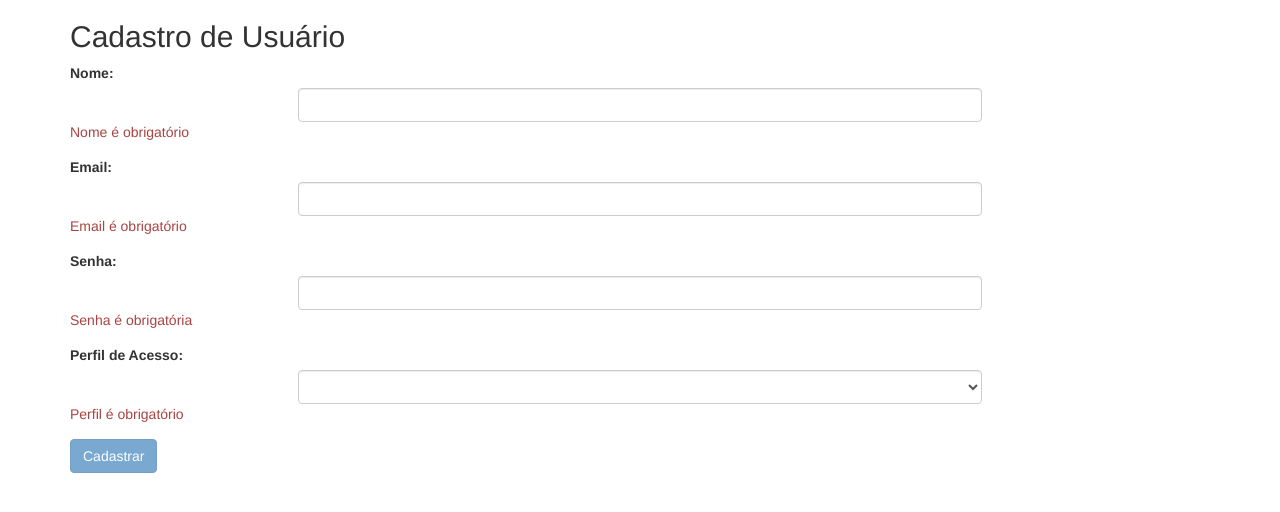
Repository: AndersonSchinemann/ProjetoSaas
Page: TopData/src/main/resources/static/views/cadastro.html
The author's editor kept a copy of each file at every save. The page is drawn from the files as they stood at one save, then again after the next save.
The browser window is 1280 px wide. The pictures show the whole page.

Above is the page before, as saved 2023-11-13 16:32:53.

### TopData/src/main/resources/static/views/cadastro.html
<!-- Adicione Bootstrap CSS e AngularJS -->
<link rel="stylesheet" href="https://maxcdn.bootstrapcdn.com/bootstrap/3.3.7/css/bootstrap.min.css">

<!-- Adicione ng-bootstrap CSS e JavaScript -->
<!--<link rel="stylesheet" href="https://maxcdn.bootstrapcdn.com/bootstrap/4.5.2/css/bootstrap.min.css">-->
<script src="https://ajax.googleapis.com/ajax/libs/angularjs/1.8.2/angular.min.js"></script>
<!--<script src="https://cdnjs.cloudflare.com/ajax/libs/angular-ui-bootstrap/3.0.6/ui-bootstrap-tpls.min.js"></script>-->
<style>
  /* Adicione um estilo personalizado para ajustar a largura dos inputs */
  .custom-width-input {
    width: 60%; /* Largura desejada */
    margin: auto; /* Para centralizar horizontalmente */
  }
</style>
<!-- Seus scripts Angular -->
<script src="js/controllerCad.js"></script>

<div class="container text-left" ng-app="CadastroApp" ng-controller="CadastroController">
  <h2>Cadastro de Usuário</h2>

  <form name="formulario" ng-app>
    <div class="form-group text-left">
      <label for="nome">Nome:</label>
      <input type="text" class="form-control custom-width-input" id="nome" ng-model="usuario.nome" name="nome" required>
      <span ng-class="{'text-danger': formulario.nome.$error.required}" ng-show="formulario.nome.$error.required">Nome é obrigatório</span>
    </div>

    <div class="form-group text-left">
      <label for="email">Email:</label>
      <input type="email" class="form-control custom-width-input" id="email" ng-model="usuario.email" name="email" required>
      <span ng-class="{'text-danger': formulario.email.$error.required}" ng-show="formulario.email.$error.required">Email é obrigatório</span>
      <span ng-class="{'text-danger': formulario.email.$error.email}" ng-show="formulario.email.$error.email">E-mail inválido</span>
    </div>

    <div class="form-group text-left">
      <label for="senha">Senha:</label>
      <input type="password" class="form-control custom-width-input" id="senha" ng-model="usuario.senha" name="senha" required>
      <span ng-class="{'text-danger': formulario.senha.$error.required}" ng-show="formulario.senha.$error.required">Senha é obrigatória</span>
    </div>

    <div class="form-group text-left">
      <label for="perfil">Perfil de Acesso:</label>
      <select class="form-control custom-width-input" id="perfil" ng-model="usuario.perfil" name="perfil" required>
        <option value="admin">Admin</option>
        <option value="usuario">Usuário</option>
      </select>
      <span ng-class="{'text-danger': formulario.perfil.$error.required}" ng-show="formulario.perfil.$error.required">Perfil é obrigatório</span>
    </div>

    <button type="button" class="btn btn-primary" ng-click="cadastrarUsuario()" ng-disabled="formulario.$invalid || formulario.$pristine">Cadastrar</button>
  </form>
</div>

### TopData/src/main/resources/static/js/controllerCad.js
var app = angular.module('CadastroApp',  []);

app.controller('CadastroController', function($scope, $http) {
    $scope.usuario = {};

    $scope.cadastrarUsuario = function() {
        // Aqui você pode enviar os dados para o backend (Spring Boot) usando $http.post
        // Exemplo:
       for (var key in $scope.usuario) {
        if (!$scope.usuario[key]) {
          // Exibe uma mensagem de erro informando qual campo está vazio
          alert('O campo ' + key + ' é obrigatório.');
          return;
        }
      }
      $http.post('/api/usuarios', $scope.usuario)
           .then(function(response) {
		        console.log(response.data);
		        // Exibir mensagem de sucesso
		        alert('Usuário cadastrado com sucesso!');
		    })
		    .catch(function(error) {
		        console.log(error);
		        // Exibir mensagem de erro
		        alert('Erro ao cadastrar usuário. Por favor, tente novamente JS.');
			});

	}

});

After the next save:
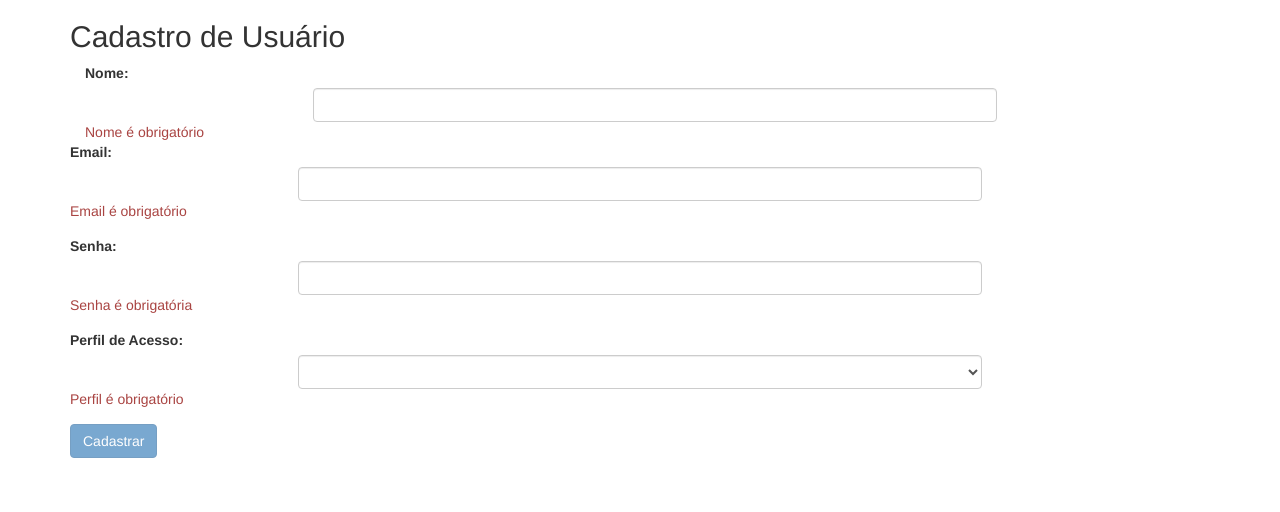
Saved 9 s later.
--- a/TopData/src/main/resources/static/views/cadastro.html
+++ b/TopData/src/main/resources/static/views/cadastro.html
@@ -19,7 +19,7 @@
   <h2>Cadastro de Usuário</h2>
 
   <form name="formulario" ng-app>
-    <div class="form-group text-left">
+    <div class="container text-left">
       <label for="nome">Nome:</label>
       <input type="text" class="form-control custom-width-input" id="nome" ng-model="usuario.nome" name="nome" required>
       <span ng-class="{'text-danger': formulario.nome.$error.required}" ng-show="formulario.nome.$error.required">Nome é obrigatório</span>

After the save that followed:
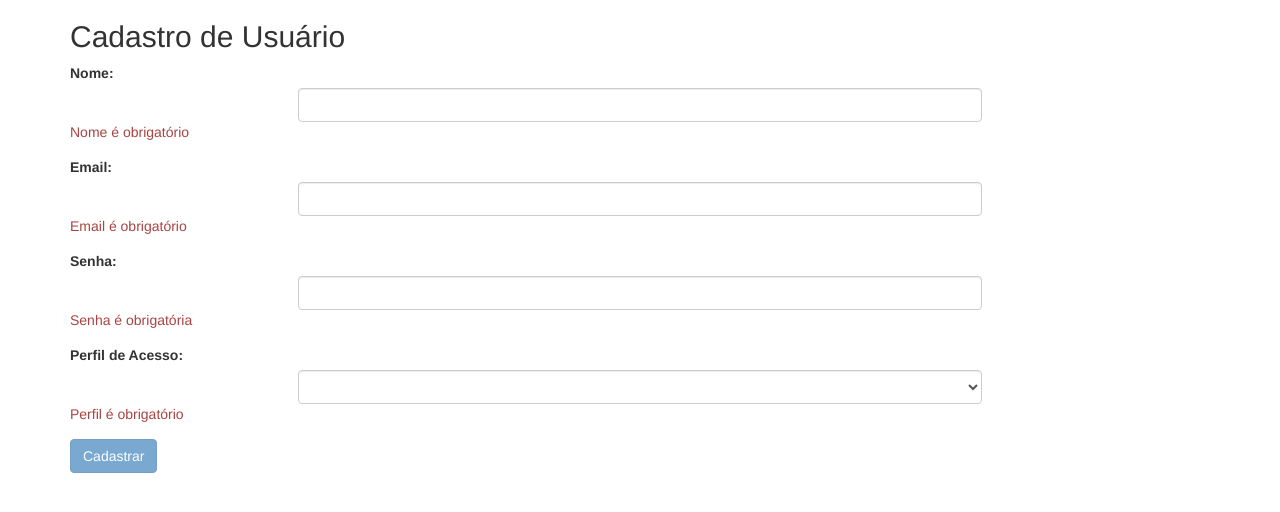
Saved 6 min 2 s later.
--- a/TopData/src/main/resources/static/views/cadastro.html
+++ b/TopData/src/main/resources/static/views/cadastro.html
@@ -19,7 +19,7 @@
   <h2>Cadastro de Usuário</h2>
 
   <form name="formulario" ng-app>
-    <div class="container text-left">
+    <div class="form-group text-left">
       <label for="nome">Nome:</label>
       <input type="text" class="form-control custom-width-input" id="nome" ng-model="usuario.nome" name="nome" required>
       <span ng-class="{'text-danger': formulario.nome.$error.required}" ng-show="formulario.nome.$error.required">Nome é obrigatório</span>
